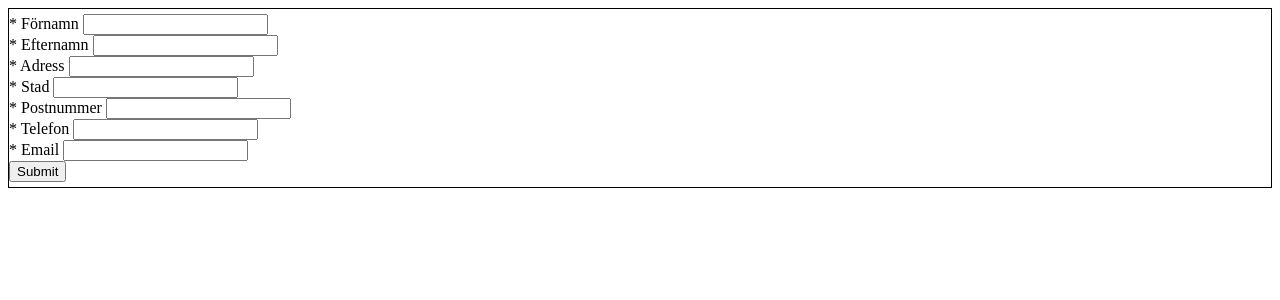
Repository: la222tc/1DV404_HT14_D_4_la222tc
Page: Iteration 1/index.html
The author's editor kept a record of every edit. The page is drawn from the files as they stood at one moment, then again after the next edit.
The browser window is 1280 px wide. The pictures show the whole page.

Above is the page before.

### Iteration 1/index.html
<!DOCTYPE html>
<html lang="sv">
    <head>
        <meta charset="UTF-8">
        <title></title>
       <link rel="stylesheet" href="style.css" type="text/css" />
    </head>
        <body>
            <div id="content">
                <form id="regForm">

                    <label id="labelfName">* Förnamn </label><input type="text" name="fName" id="fName" />
                    <br>
                    <label id="labellName">* Efternamn <input type="text" name="lName" id="lName"/></label>
                    <br>
                    <label id="labeladress">* Adress <input type="text" name="Adress" id="adress" /></label>
                    <br>
                    <label id="labelcity">* Stad <input type="text" name="Stad" id="city" /></label>
                    <br>
                    <label id="labelzipcode">* Postnummer <input type="text" name="Postnummer" id="zipcode" /></label>
                    <br>
                    <label id="labelphone">* Telefon <input type="text" name="Telefon" id="phone" /></label>
                    <br>
                    <label id="labelemail">* Email <input type="text" name="Email" id="email" /></label>
                    <br>
                    <input type="submit" value="Submit" id="Submit" />
                </form>

            </div>

            <script type="text/javascript" src="js/Main.js"></script>
            <script type="text/javascript" src="js/Registration.js"></script>
            <script type="text/javascript" src="js/Validator.js"></script>
        </body>
</html>

### Iteration 1/style.css
#regForm {
    border:1px solid black;
    padding-top:5px;
    padding-bottom:5px;
}

### Iteration 1/js/Main.js
"use strict";


var main = {

    init:function () {

    }
}

### Iteration 1/js/Registration.js
"use strict";


var Registration = {

    submit: document.getElementById("Submit"),

    init:function () {

        Registration.submit.addEventListener("click", function (e) {
            e.preventDefault();
            Registration.validateInput();
        });
    },

    validateInput:function () {

        var firstName = document.getElementById("fName");
        Validator.validateFirstName(firstName.value);

        var lastName = document.getElementById("lName");
        Validator.validateLastName(lastName.value);

        var adress = document.getElementById("adress");
        Validator.validateAdress(adress.value);

        var city = document.getElementById("city");
        Validator.validateCity(city.value);

        var zipcode = document.getElementById("zipcode");
        Validator.validateZipcode(zipcode.value);

        var phone = document.getElementById("phone");
        Validator.validatePhone(phone.value);

        var email = document.getElementById("email");
        Validator.validateEmail(email.value);

    }


};

### Iteration 1/js/Validator.js
"use strict";


var Validator = {


    validateFirstName: function (Name) {
        var labelfName = document.getElementById("labelfName");

        var regex = /^[a-zA-Z ]{2,30}$/;

        if (regex.test(Name)) {
            labelfName.style.color = "green";
            labelfName.innerHTML = "* Förnamn ";
            console.log("Förnamn Rätt");
        }

        else {
             labelfName.style.color = "red"
             labelfName.innerHTML = "* Förnamn (Måste innehålla 2-30 bokstäver!)"
            console.log("Förnamn Fel!");
        }
    },

    validateLastName: function (Name) {
        var labellName = document.getElementById("labellName");

        var regex = /^[a-zA-Z ]{2,30}$/;

        if (regex.test(Name)) {
            labellName.style.color = "green";
            labellName.innerHTML = "* Efternamn ";
            console.log("Efternamn Rätt");
        }

        else {
             labellName.style.color = "red";
             labellName.innerHTML = "* Efternamn (Måste innehålla 2-30 bokstäver!)";
             console.log("Efternamn Fel!");
        }
    },

    validateAdress: function (Adress) {
        var labeladress = document.getElementById("labeladress");

        var regex = /^[a-zA-Z0-9 ]{2,50}$/;

        if (regex.test(Adress)) {
            labeladress.style.color = "green";
            labeladress.innerHTML = "* Adress ";
            console.log("Adress Rätt");
        }

        else {
             labeladress.style.color = "red";
             labeladress.innerHTML = "* Adress (Måste innehålla 2-50 bokstäver eller siffror!)";
             console.log("Adress Fel!");
        }
    },

    validateCity: function (City) {
        var labelcity = document.getElementById("labelcity");

        var regex = /^[a-zA-Z ]{2,30}$/;

        if (regex.test(City)) {
            labelcity.style.color = "green";
            labelcity.innerHTML = "* Stad ";
            console.log("Stad Rätt");
        }

        else {
             labelcity.style.color = "red";
             labelcity.innerHTML = "* Stad (Måste innehålla 2-30 bokstäver!)";
             console.log("Stad Fel!");
        }
    },

    validateZipcode: function (Zipcode) {
        var labelzipcode = document.getElementById("labelzipcode");

        var regex = /^[0-9 ]{5}$/;

        if (regex.test(Zipcode)) {
            labelzipcode.style.color = "green";
            labelzipcode.innerHTML = "* Postnummer ";
            console.log("Postnummer Rätt");
        }

        else {
             labelzipcode.style.color = "red";
             labelzipcode.innerHTML = "* Postnummer (Måste innehålla 5 siffror!)";
             console.log("Postnummer Fel!");
        }
    },

    validatePhone: function (Phone) {
        var labelphone = document.getElementById("labelphone");

        var regex = /^[0-9 ]{9,20}$/;

        if (regex.test(Phone)) {
            labelphone.style.color = "green";
            labelphone.innerHTML = "* Telefon ";
            console.log("Telefon Rätt");
        }

        else {
             labelphone.style.color = "red";
             labelphone.innerHTML = "* Telefon (Måste innehålla minst 9 siffror!)";
             console.log("Telefon Fel!");
        }
    },

    validateEmail: function (Email) {
        var labelemail = document.getElementById("labelemail");

        var regex = /^[_a-z0-9-]+(\.[_a-z0-9-]+)*@[a-z0-9-]+(\.[a-z0-9-]+)*(\.[a-z]{2,4})$/;

        if (regex.test(Email)) {
            labelemail.style.color = "green";
            labelemail.innerHTML = "* Email ";
            console.log("Email Rätt");
        }

        else {
             labelemail.style.color = "red";
             labelemail.innerHTML = "* Email (Skriv in en korrekt email-adress!)";
             console.log("Email Fel!");
        }
    }
};

After the next edit:
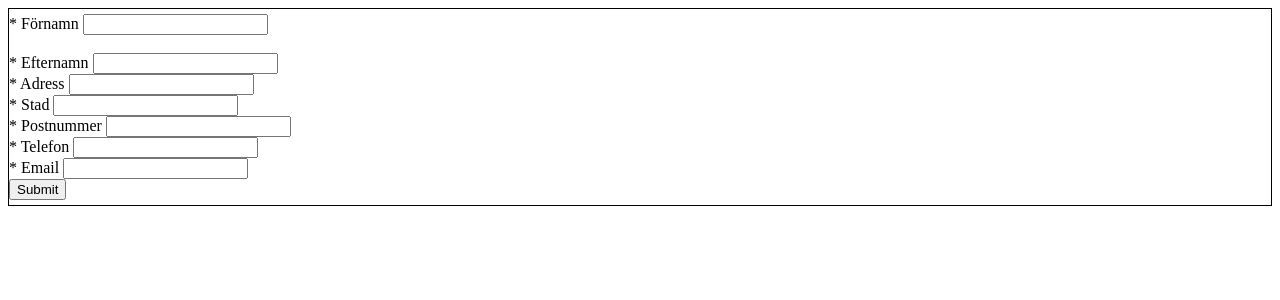
The edit:
--- a/Iteration 1/index.html
+++ b/Iteration 1/index.html
@@ -10,7 +10,7 @@
                 <form id="regForm">
 
                     <label id="labelfName">* Förnamn </label><input type="text" name="fName" id="fName" />
-                    <br>
+                    <br><br>
                     <label id="labellName">* Efternamn <input type="text" name="lName" id="lName"/></label>
                     <br>
                     <label id="labeladress">* Adress <input type="text" name="Adress" id="adress" /></label>
